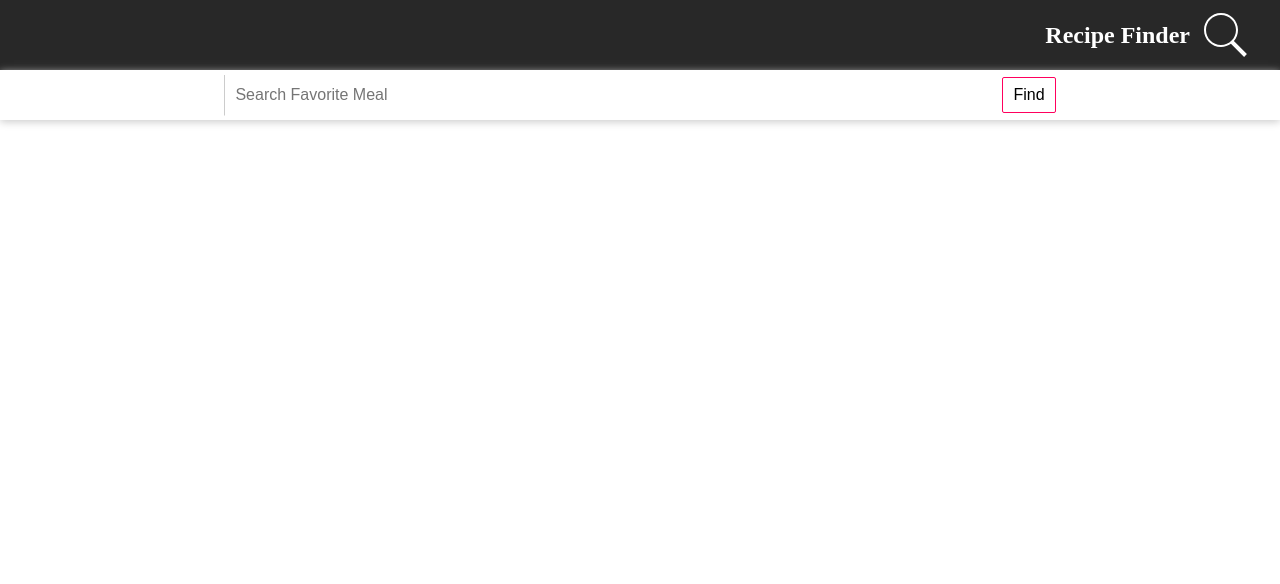
Repository: burntaftermint/recipes
Page: index.html
An editor plug-in stored every save of this project. The page is shown before and after the next save, followed by the edit.
The browser window is 1280 px wide. The pictures show the whole page.
The page's requests for data from a server got no answer.

Above is the page before, as saved 2023-11-07 00:20:09.

After the next save:
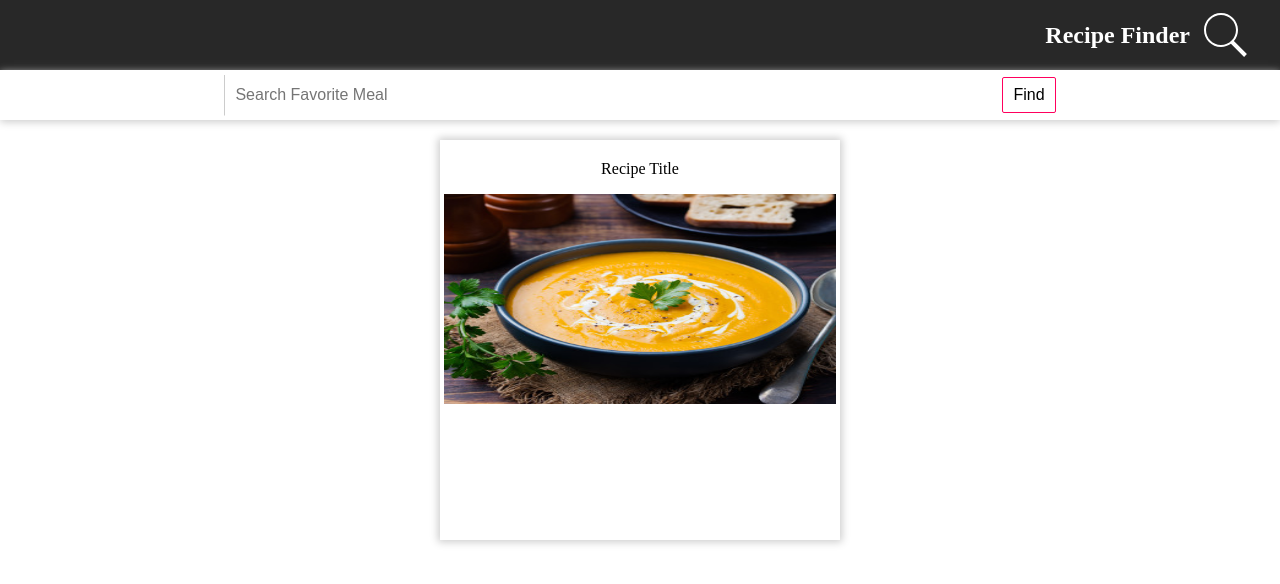
Saved 9 s later.
--- a/index.html
+++ b/index.html
@@ -18,7 +18,23 @@
             <button class="btn">Find</button>
         </div>
         <div id="recipe-container">
+            <div class="recipe">
+                <div class="recipe-title">Recipe Title</div>
+                <div class="recipe-image">
+                    <img src="images/recipe.jpeg" alt="Recipe">
+                </div>
 
+
+        <div class="recipe-text">
+            <ul>
+                <li>Step 1</li>
+                <li>Step 2</li>
+                <li>Step 3</li>
+                <li>Step 4</li>
+                <li>Step 5</li>
+            </ul>
+        </div>
+    </div>
 </div>
     </section>
 </body>
